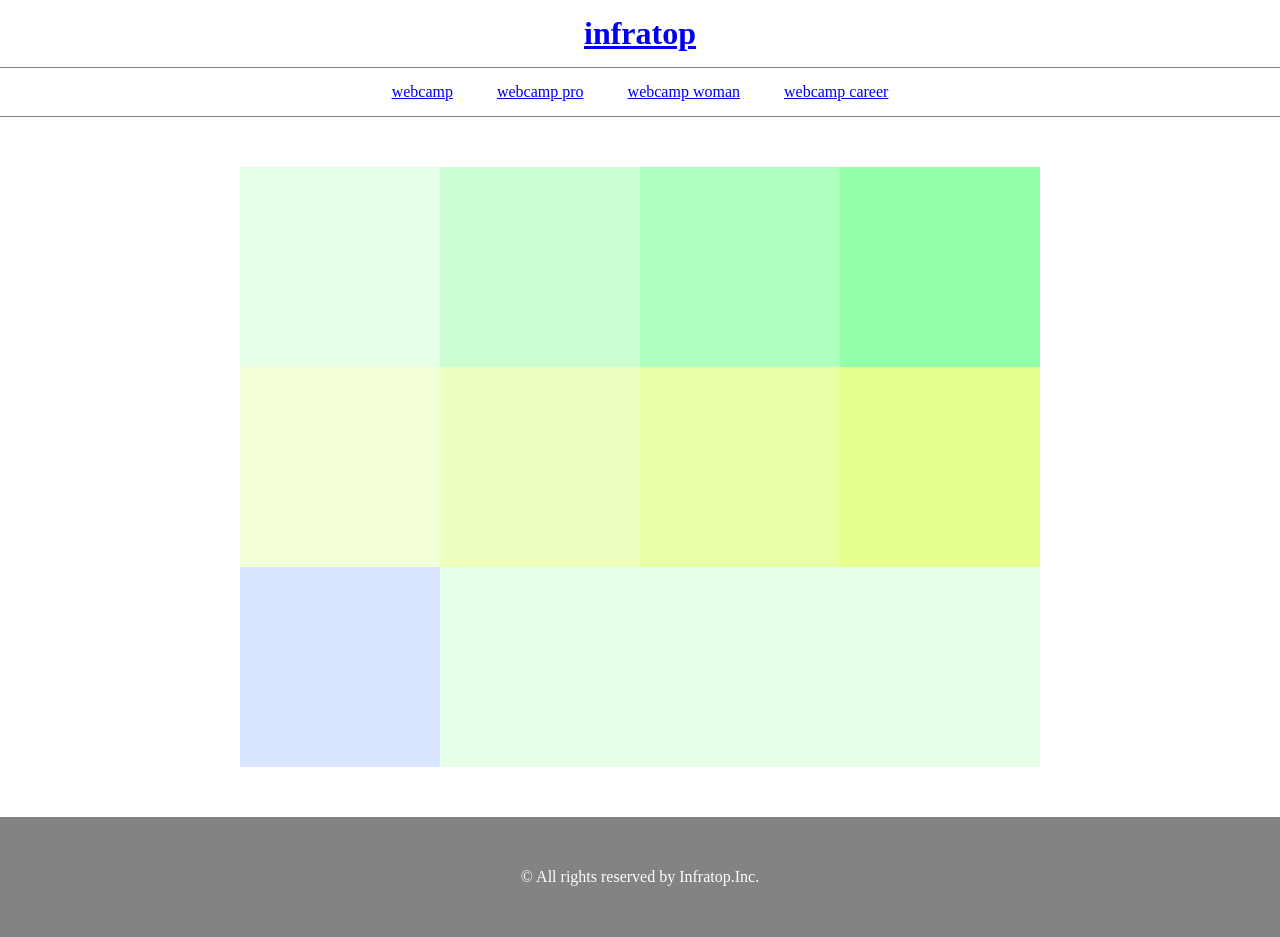
Repository: Nao002/practice
Page: html-practice5/index.html
The author's editor kept a record of every edit. The page is drawn from the files as they stood at one moment, then again after the next edit.
The browser window is 1280 px wide. The pictures show the whole page.

Above is the page before.

After the next edit:
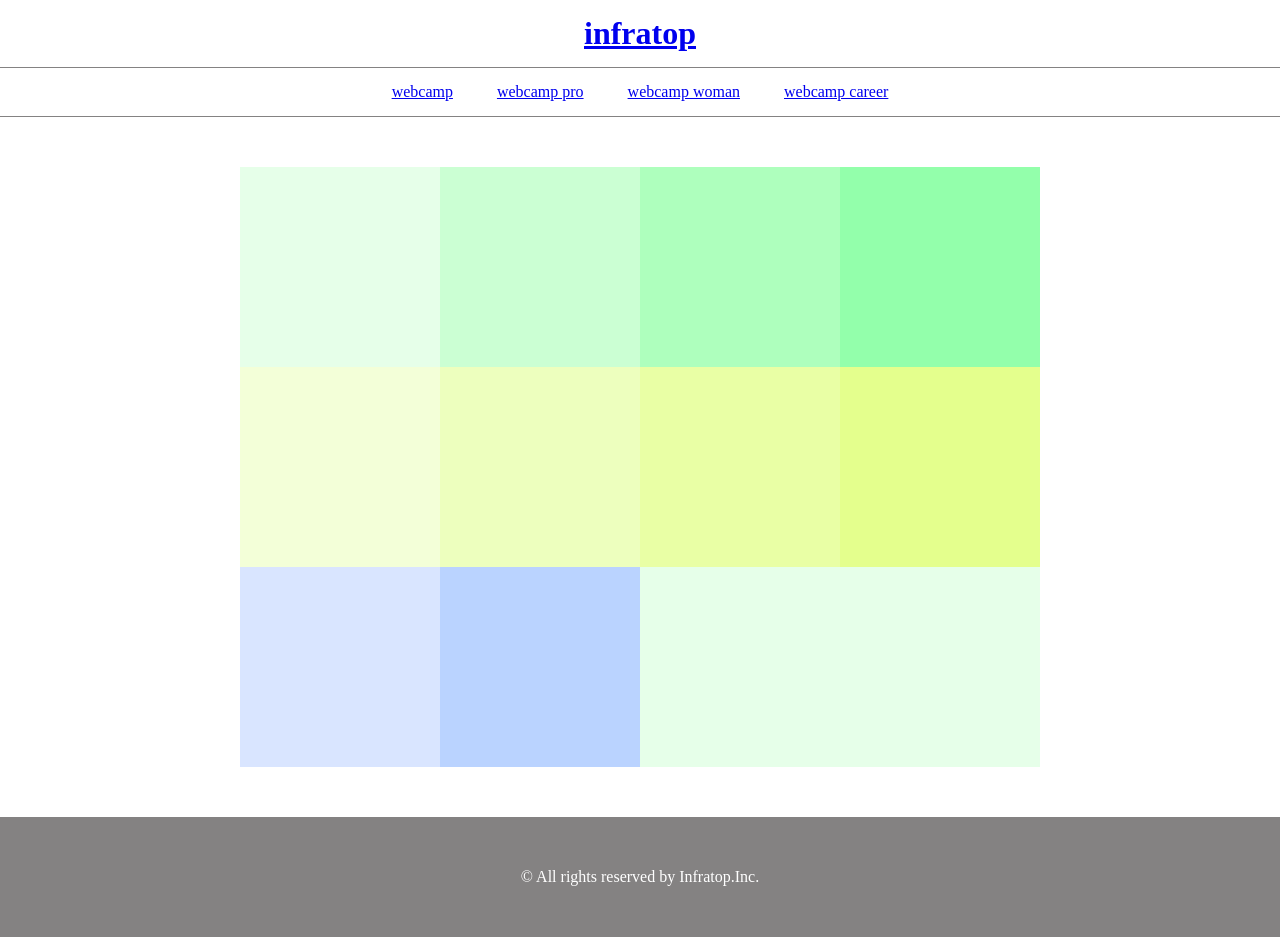
The edit:
--- a/html-practice5/style.css
+++ b/html-practice5/style.css
@@ -87,7 +87,7 @@
 }
 
 .color10{
-  background-color: #e6ffe9
+  background-color: #bad3ff;
 }
 
 .color11{
